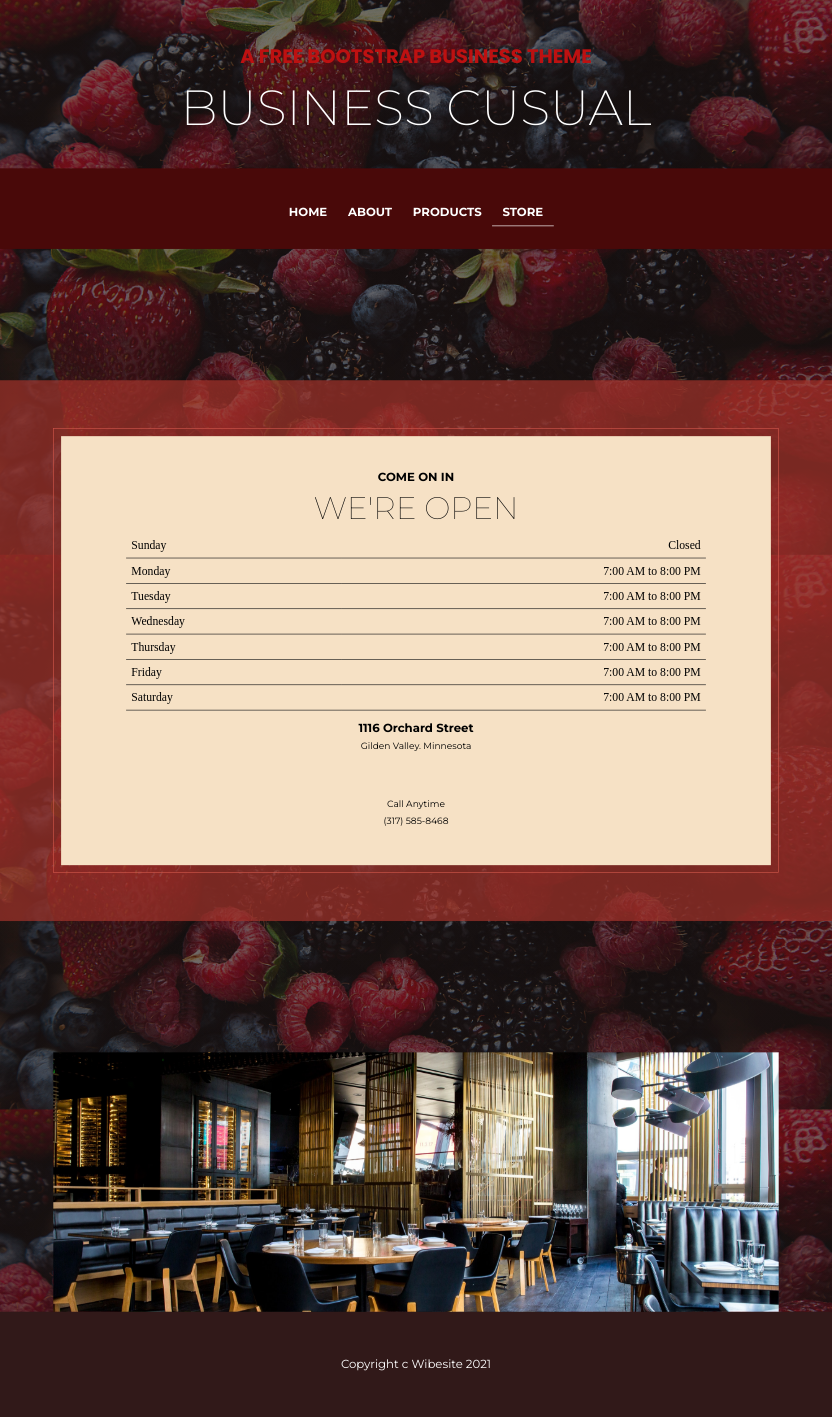
Repository: wadelfadill/tache_7_Business_bootstrap_theme
Page: store.html
These files come from the project's save history. The page is drawn as it stood at one moment and after the next save; the edit follows.
The browser window is 1280 px wide. The pictures show the whole page, at 65% of full size.
Backgrounds fixed to the window are drawn as part of the page.

Above is the page before, as saved 2023-04-28 22:48:37.

### store.html
<!DOCTYPE html>
<html lang="en">
<head>
    <meta charset="UTF-8">
    <meta http-equiv="X-UA-Compatible" content="IE=edge">
    <meta name="viewport" content="width=device-width, initial-scale=1.0">
    <!------ title of website ------>
    <title>Business website</title>
    <!------ Bootstrap cdn link ------>
    <link href="https://cdn.jsdelivr.net/npm/bootstrap@5.1.3/dist/css/bootstrap.min.css" rel="stylesheet" integrity="sha384-1BmE4kWBq78iYhFldvKuhfTAU6auU8tT94WrHftjDbrCEXSU1oBoqyl2QvZ6jIW3" crossorigin="anonymous">
    <!------- css link -------------->
    <link rel="stylesheet" href="css/style.css">
    <link rel="stylesheet" href="css/store_style.css">
    <!---------Google Fonts links ---------->
    <link rel="preconnect" href="https://fonts.googleapis.com">
    <link rel="preconnect" href="https://fonts.gstatic.com" crossorigin>
    <link href="https://fonts.googleapis.com/css2?family=Montserrat:wght@100;200;400;700&family=Poppins:wght@700&display=swap" rel="stylesheet">

</head>
<body>
    <!-- ========== Start Header Section ========== -->
    <header id="header">
        <h2 class="first_title text-center">A FREE BOOTSTRAP BUSINESS THEME</h2>
        <h1 class="second_title text-center">BUSINESS CUSUAL</h1>
        <!-- ========== Start navbar  Section ========== -->
        <nav class="my-auto mt-5">
            <div class="container my-auto">
                <ul class="nav justify-content-center">
                    <li class="nav-item">
                      <a class="nav-link" aria-current="page" href="index.html">HOME</a>
                    </li>
                    <li class="nav-item">
                      <a class="nav-link" href="about.html">ABOUT</a>
                    </li>
                    <li class="nav-item">
                      <a class="nav-link" href="product.html">PRODUCTS</a>
                    </li>
                    <li class="nav-item">
                      <a class="nav-link active" href="store.html">STORE</a>
                    </li>
                </ul>
            </div>
        </nav>
        <!-- ========== End navbar  Section ========== -->
    </header>
    <!-- ========== End Header Section ========== -->
    <!-- ========== Start Main Section ========== -->
    <main>
      <!-- ========== Start First Section ========== -->
      <section id="first_section">
        <div class="container">
          <div class="border_box">
            <div class="table_box">
              <h2 class="text-center">COME ON IN</h2>
              <h4 class="text-center">WE'RE OPEN</h4>
              <table class="table table-responsive">
                <tbody>
                  <tr>
                    <td>Sunday</td>
                    <td class="text-end">Closed</td>
                  </tr>
                  <tr>
                    <td>Monday</td>
                    <td class="text-end">7:00 AM to 8:00 PM</td>
                  </tr>
                  <tr>
                    <td>Tuesday</td>
                    <td class="text-end">7:00 AM to 8:00 PM</td>
                  </tr>
                  <tr>
                    <td>Wednesday</td>
                    <td class="text-end">7:00 AM to 8:00 PM</td>
                  </tr>
                  <tr>
                    <td>Thursday</td>
                    <td class="text-end">7:00 AM to 8:00 PM</td>
                  </tr>
                  <tr>
                    <td>Friday</td>
                    <td class="text-end">7:00 AM to 8:00 PM</td>
                  </tr>
                  <tr>
                    <td>Saturday</td>
                    <td class="text-end">7:00 AM to 8:00 PM</td>
                  </tr>
                </tbody>
              </table>
              <h2 class="text-center">1116 Orchard Street</h2>
              <h6 class="text-center">Gilden Valley. Minnesota</h6>
              <div class="table-box-foot">
                <h6 class="text-center">Call Anytime</h6>
                <h6 class="text-center">(317) 585-8468</h6>
              </div>
            </div>
          </div>
        </div>
      </section>
      <!-- ========== End First Section ========== -->
      <!-- ========== Start Second Section ========== -->
      <section id="second_section">
        <div class="container">
          <div class="row d-flex flex-row justify-content-start align-items-center">
            <div class="col-12">
              <img src="images/img-tous.png" alt="" class="img-fluid">
            </div>
            <div class="col-12">
              <div class="box">

              </div>
            </div>
          </div>
        </div>
      </section>
      <!-- ========== End Second Section ========== -->
    </main>
    <!-- ========== End Main Section ========== -->
    <footer id="footer">
        <p class="text-center">Copyright c Wibesite 2021</p>
    </footer>



    <!------ Bootstrap script -------->
    <script src="https://cdn.jsdelivr.net/npm/bootstrap@5.1.3/dist/js/bootstrap.bundle.min.js" integrity="sha384-ka7Sk0Gln4gmtz2MlQnikT1wXgYsOg+OMhuP+IlRH9sENBO0LRn5q+8nbTov4+1p" crossorigin="anonymous"></script>
</body>
</html>

### css/style.css
/* ===== General ====== */

:root{
    --red-color: #BD1111;
    --bg-red:#490909;
    --white-color: #FFFFFF;
    --black-color: #000000;
    --bg-beize:#F6E1C5;
    --bg-red-black: #311919;
    --bg-red-opac:rgba(165, 52, 43, 0.69);
    --red-border: #CD5449;
}
*{
    margin: 0;
    padding: 0;
}
body{
    padding: 0;
    margin: 0;
    background-image: linear-gradient(rgba(34, 24, 24, 0.6), rgba(34, 24, 24, 0.6)), url("../images/1.jpeg");
    background-position: center;
    background-size: cover;
    background-repeat: no-repeat;
    background-attachment: fixed;
}
/* ===== squelette ====== */
/* ===== header section ====== */
/* ===== header titles ======= */
#header .first_title{
    font-family: 'Poppins';
    font-style: normal;
    font-weight: 700;
    font-size: 30px;
    line-height: 45px;
    color: var(--red-color);
    margin-top: 65px;
}
#header .second_title{
    font-family: 'Montserrat';
    font-style: normal;
    font-weight: 200;
    font-size: 76px;
    line-height: 93px;
    color: var(--white-color);
}
/* ====== header navbar ======*/
#header nav{
    background: var(--bg-red);
    height: 124px;
}
#header nav ul li{
    margin-top: 48px;
}
#header nav a{
    font-family: 'Montserrat';
    font-style: normal;
    font-weight: 700;
    font-size: 18px;
    line-height: 22px;
    color: var(--white-color);
}
#header nav a.active{
    padding-bottom: 10px;
    border-bottom: 1px solid white;
}
/* ==== Main section ==========*/
/* main{
    height: 1000px;
} */
/* ====== footer section ====== */
#footer{
    height: 162px;
    background: var(--bg-red-black);
    padding-top: 70px;
}
#footer p{
    font-family: 'Montserrat';
    font-style: normal;
    font-weight: 400;
    font-size: 18px;
    line-height: 22px;
    color: var(--white-color);
}


/* ===== responsive css ======*/
@media screen and (max-width:550px) {
    #header .second_title{
        font-size: 30px;
    }
    #header nav{
        height: max-content;
        padding-bottom: 40px;
    }
}

### css/store_style.css
/* ===== General ====== */

:root{
    --red-color: #BD1111;
    --bg-red:#490909;
    --white-color: #FFFFFF;
    --black-color: #000000;
    --bg-beize:#F6E1C5;
    --bg-red-black: #311919;
    --bg-red-opac:rgba(165, 52, 43, 0.69);
    --red-border: #CD5449;
}

/* ==== first section ==== */
#first_section{
    margin-top: 202px;
    margin-bottom: 202px;
    width: 100%;
    padding-bottom: 74px;
    padding-top: 74px;
    background: var(--bg-red-opac);
}
.border_box{
    padding: 11px;
    border: 1px solid var(--red-border);
}
.table_box{
    background: var(--bg-beize);
    padding-left: 100px;
    padding-right: 100px;
    padding-top: 52px;
    padding-bottom: 52px;
}
.table_box h2{
    font-family: 'Montserrat';
    font-style: normal;
    font-weight: 600;
    font-size: 18px;
    line-height: 22px;
    color: #000000;
}
.table_box h4{
    font-family: 'Montserrat';
    font-style: normal;
    font-weight: 100;
    font-size: 48px;
    line-height: 59px;
    color: #000000;

}
.table_box h6{
    font-family: 'Montserrat';
    font-style: normal;
    font-weight: 400;
    font-size: 14px;
    line-height: 17px;
    color: #000000;

}
table td{
    font-family: 'MingLiU_HKSCS-ExtB';
    font-style: normal;
    font-weight: 400;
    font-size: 18px;
    line-height: 22px;
    color: #000000;
}
table{
    color: black;
    border-color: #1b1b1b !important;
}
.table-box-foot{
    padding-top: 65px;
}

After the next save:
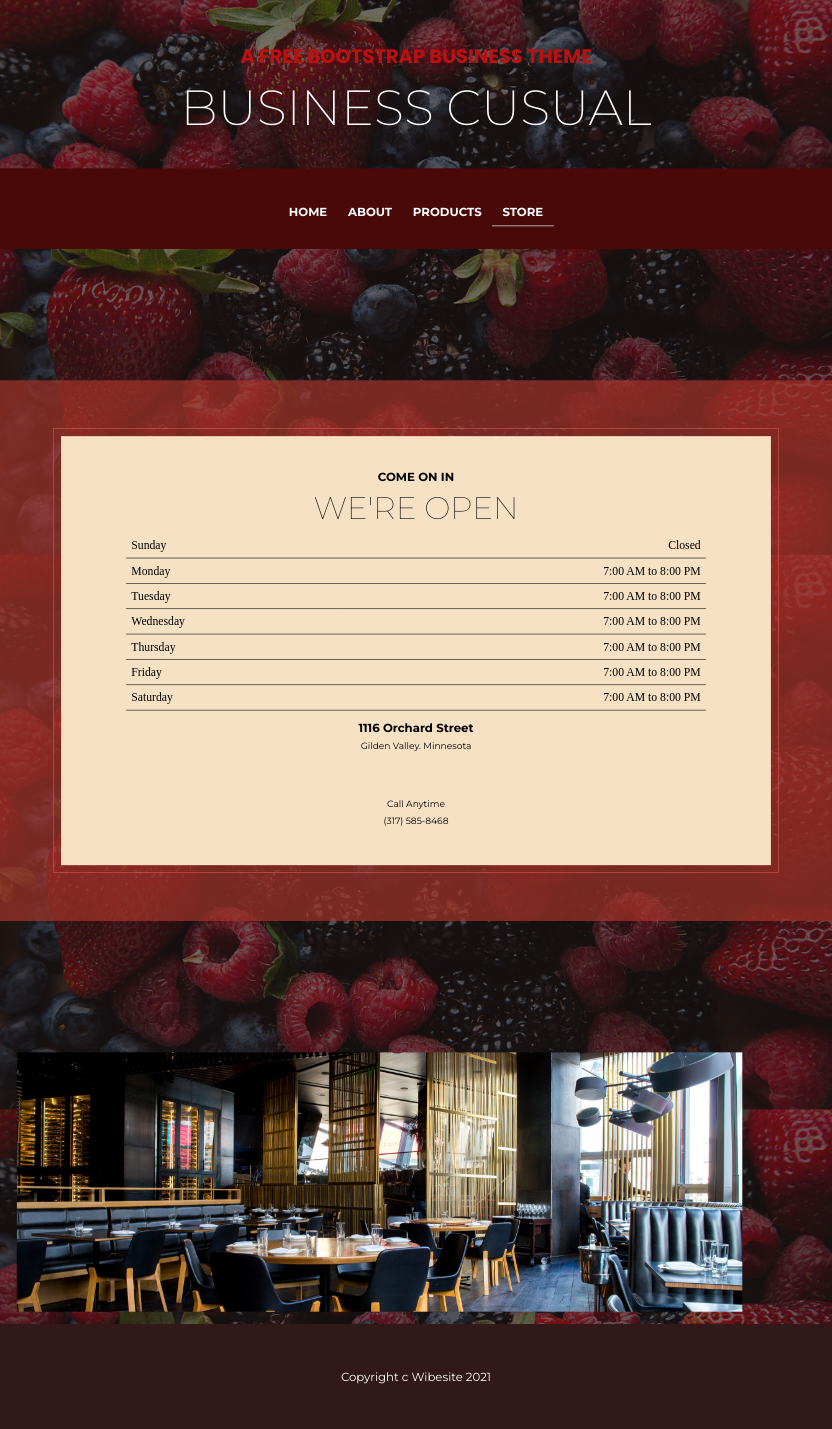
Saved 103 s later.
--- a/css/store_style.css
+++ b/css/store_style.css
@@ -72,3 +72,9 @@ table{
 .table-box-foot{
     padding-top: 65px;
 }
+
+/* ======== second section ============*/
+#second_section{
+    max-width: 1168px;
+    min-height: 418px;
+}
